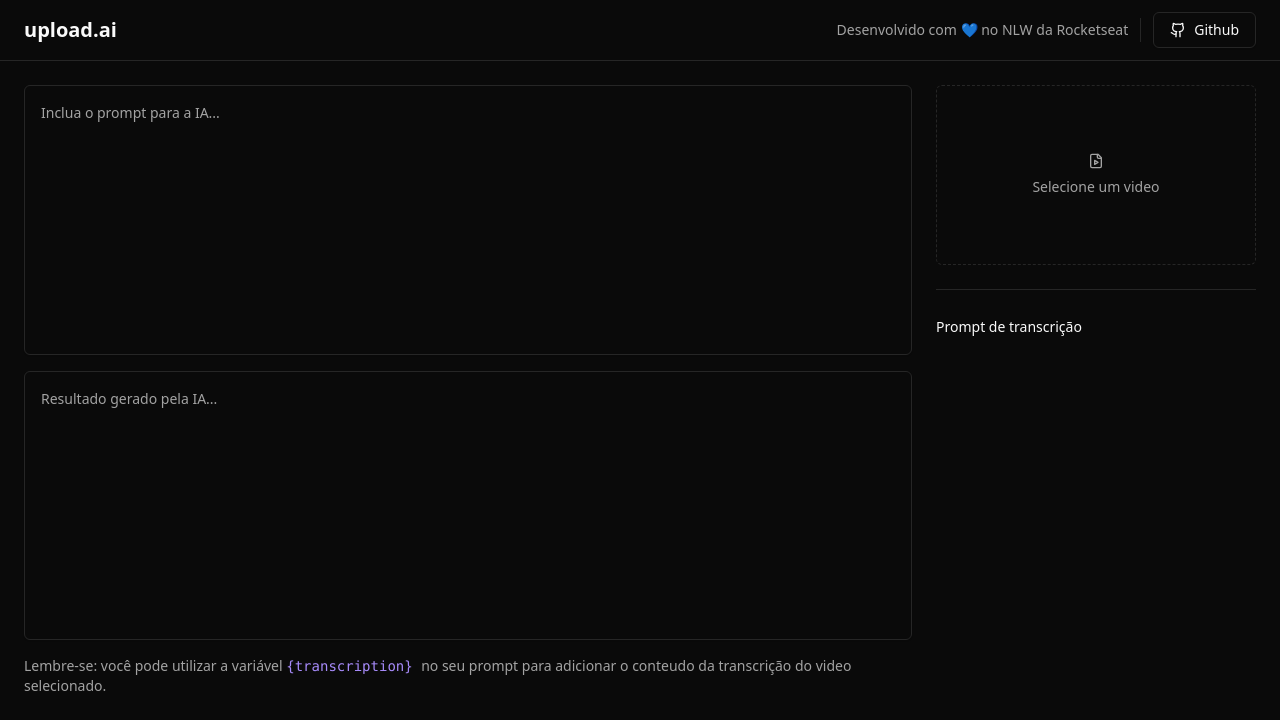
Repository: ricardolimati/upload-ai-web
Page: /
These files come from the project's save history. The page is drawn as it stood at one moment and after a run of saves; the edit follows.
The browser window is 1280 px wide. The pictures show the whole page.
The project was rebuilt for these pictures with package versions that can differ from the ones it lists, and the page was loaded fresh each time. Also part of the build but not shown: vite.config.ts.

Above is the page before, as saved 2023-09-11 23:53:23.

After the next 2 saves:
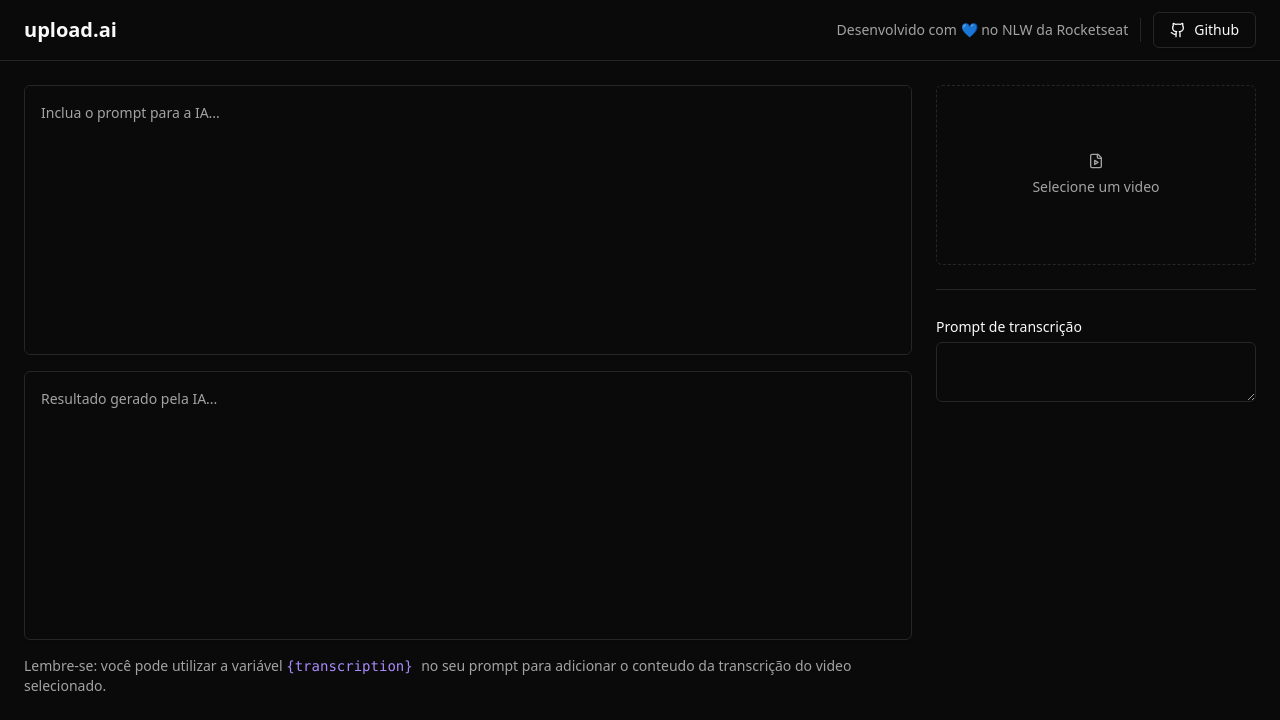
The 2 saves are shown as one change because they came seconds apart.
The last was saved 7 s later.
--- a/src/App.tsx
+++ b/src/App.tsx
@@ -51,7 +51,7 @@ export function App() {
           <Separator />
           <div className="space-y-1">
             <Label htmlFor="transcription_prompt">Prompt de transcrição</Label>
-
+            <Textarea></Textarea>
           </div>
         </form>
       </aside>
